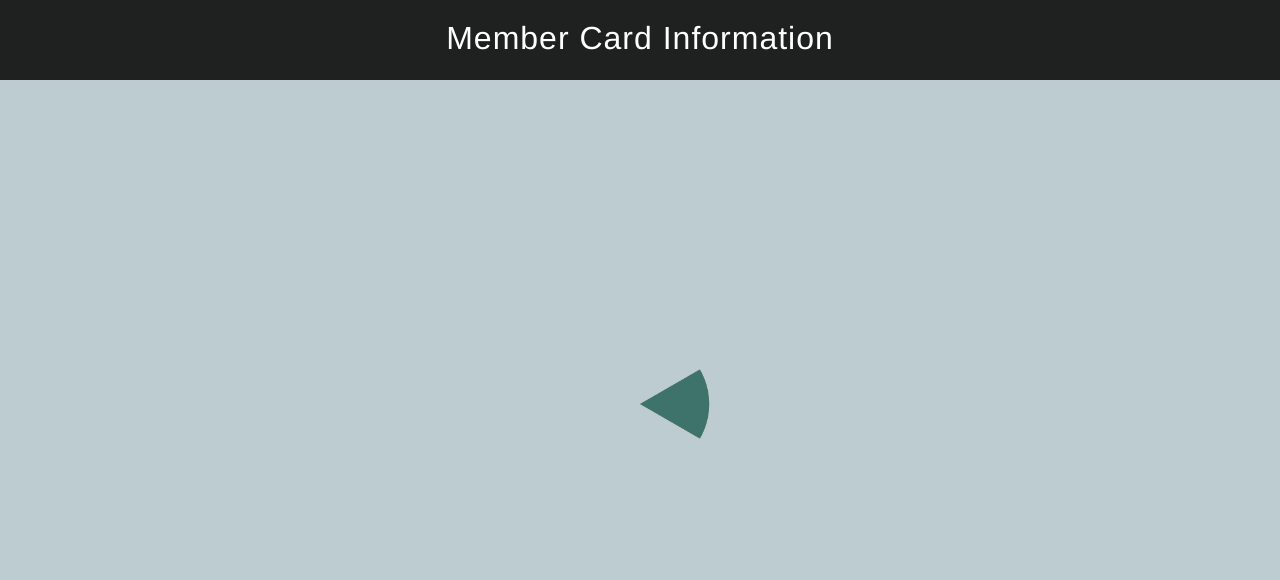
Repository: Leooook/lzhao-fed-test
Page: /
These files come from the project's save history. The page is drawn as it stood at one moment and after the next save; the edit follows.
The browser window is 1280 px wide. The pictures show the whole page.
The page's requests for data from a server got no answer. The project was rebuilt for these pictures with package versions that can differ from the ones it lists, and the page was loaded fresh each time. No one was signed in, and anything a server would have sent is missing. Also part of the build but not shown: src/components/detail.jsx.

Above is the page before, as saved 2021-03-15 22:18:19.

After the next save:
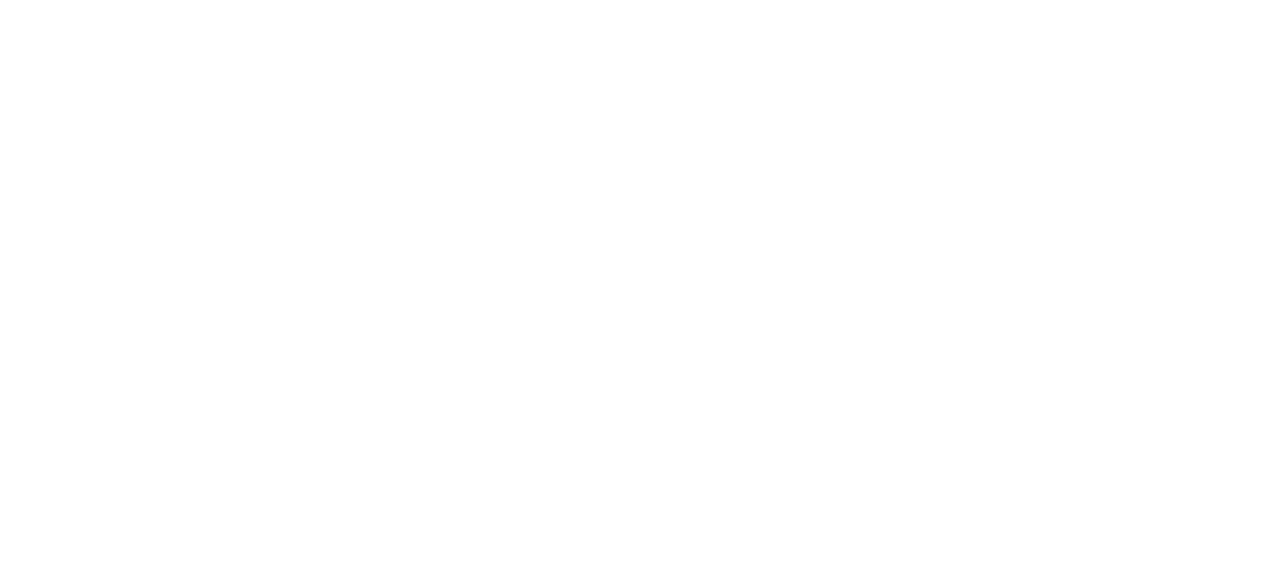
Console error: ReferenceError: ic is not defined
Saved 23 s later.
--- a/src/App.js
+++ b/src/App.js
@@ -14,7 +14,7 @@
   }
 
   const setIcons = () => {
-    setIconsDisplay(!featureAmount)
+    setIconsDisplay(!ic)
     console.log(featureAmount)
   }
 

After the save that followed:
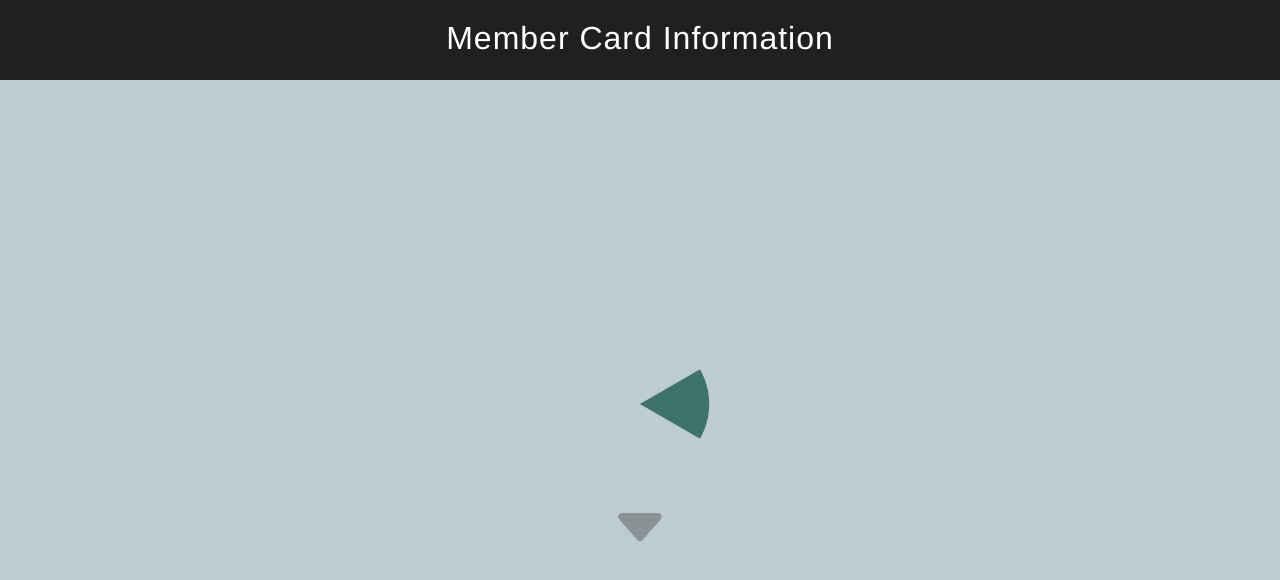
The error is gone.
Saved 5 s later.
--- a/src/App.js
+++ b/src/App.js
@@ -14,8 +14,7 @@
   }
 
   const setIcons = () => {
-    setIconsDisplay(!ic)
-    console.log(featureAmount)
+    setIconsDisplay(!iconsDisplay)
   }
 
 	return (
